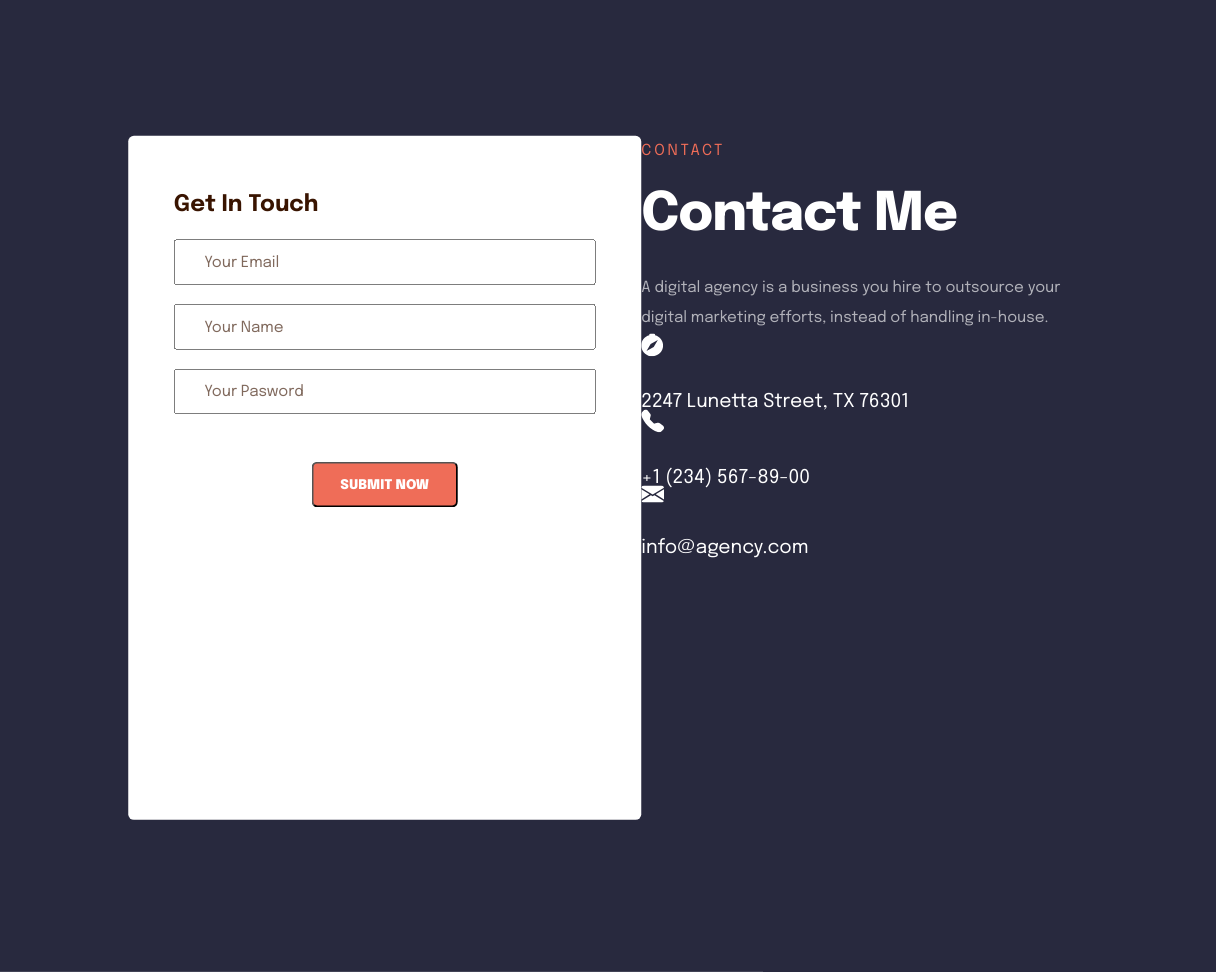
Repository: MehdiKerimov/Figma-Task-14
Page: index.html
The author's editor kept a copy of each file at every save. The page is drawn from the files as they stood at one save, then again after the next save.
The browser window is 1280 px wide. The pictures show the whole page, at 95% of full size.

Above is the page before, as saved 2023-10-07 15:28:27.

After the next save:
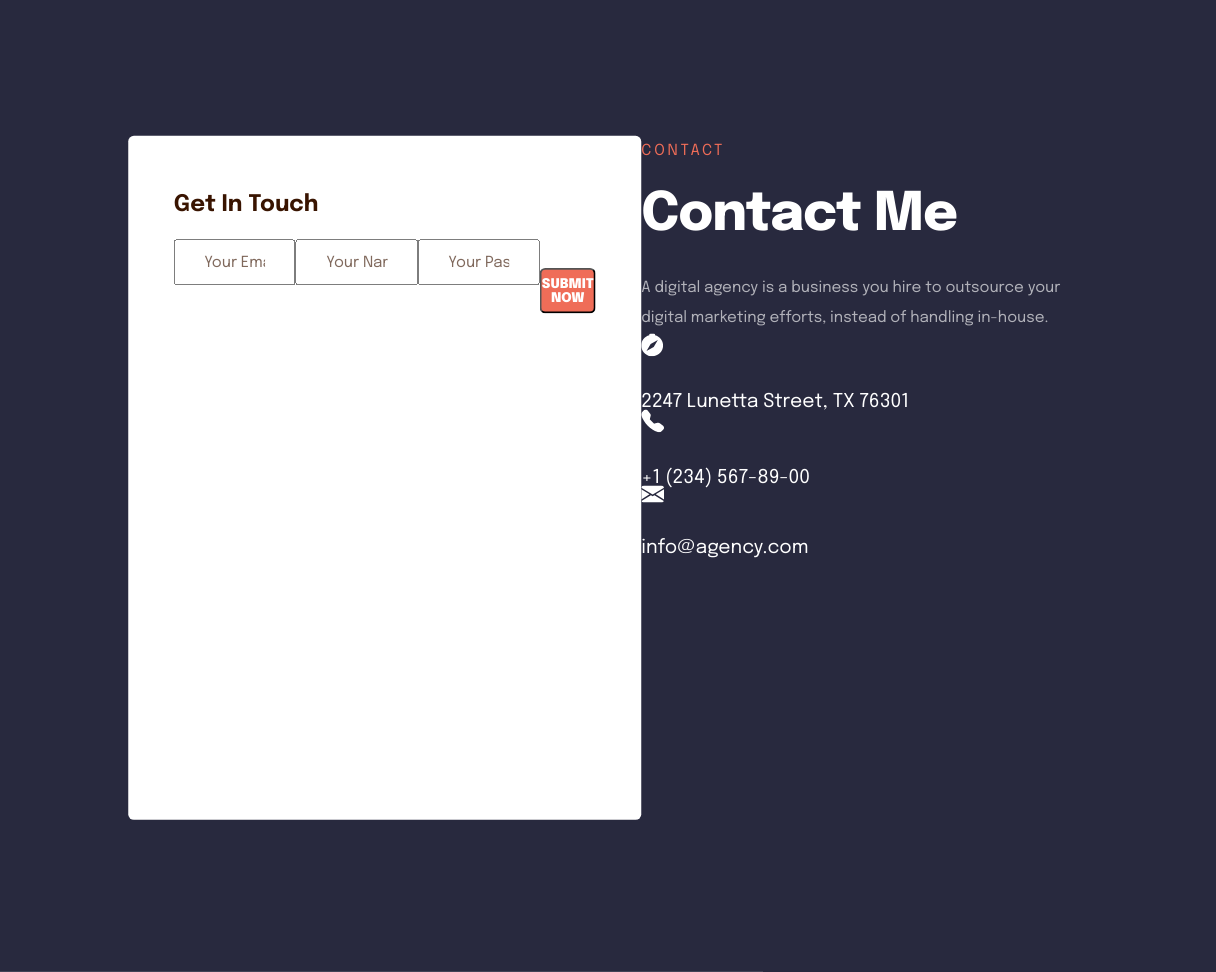
Saved 52 s later.
--- a/index.css
+++ b/index.css
@@ -28,8 +28,7 @@
 }
 form {
   display: flex;
-  flex-direction: column;
-  align-items: center;
+
 }
 label {
   width: 100%;
